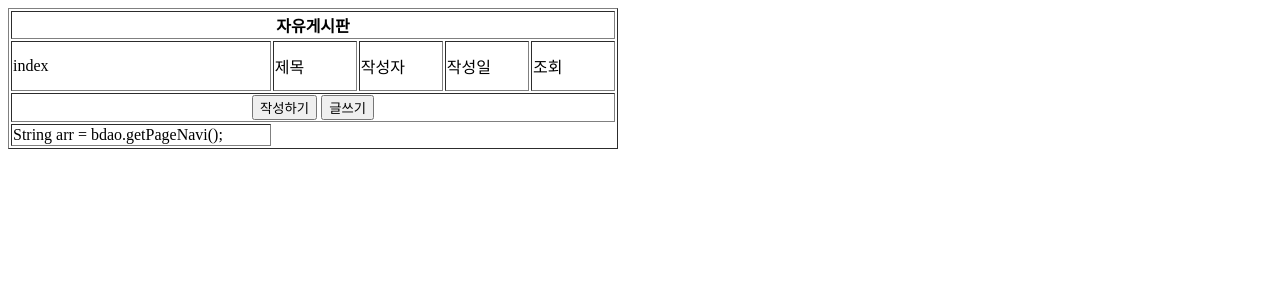
Repository: y2kim/workspace3
Page: http://localhost/WEB_MVC1_JSP_05_25/BorderList.jsp
These files come from the project's save history. The page is drawn as it stood at one moment and after the next save; the edit follows.
The browser window is 1280 px wide. The pictures show the whole page.
The page is served by Tomcat 9. Other server files are loaded and not shown. Queries for data that is not in the repository find no rows.

Above is the page before, as saved 2018-06-01 02:24:29.

### WEB_MVC1_JSP_05_25/WebContent/BorderList.jsp
<%@page import="javax.servlet.jsp.tagext.TryCatchFinally"%>
<%@page import="java.util.ArrayList"%>
<%@page import="java.util.List"%>
<%@page import="bean.BorderInfos"%>
<%@page import="bean.BoradDAO"%>
<%@ page language="java" contentType="text/html; charset=UTF-8"
    pageEncoding="UTF-8"%>
<!DOCTYPE html>
<html>
<head>
<meta http-equiv="Content-Type" content="text/html; charset=UTF-8">
  <style>

  </style>
<title>Insert title here</title>

</head>
<body>
         <%
         	   int currentpage = 0;
         	   try{
               currentpage =Integer.parseInt(request.getParameter("currentPage"));
         	   }catch(Exception e){
         		  currentpage=0;
         	   }

               if(currentpage == 0){
            	   currentpage =1;
               }else{
            	   currentpage =Integer.parseInt(request.getParameter("currentPage"));
               }
                BoradDAO bdao = new BoradDAO();



         %>
<table border="1">
        <tr >
            <th colspan="5" width=600>자유게시판</th>
        </tr>
        <tr height=50>
            <td width=25>index</td>
            <td width=40>제목</td>
            <td width=40>작성자</td>
            <td width=40>작성일</td>
            <td width=40>조회</td>
        </tr>
        	<%
        	    List<BorderInfos> list = bdao.listBorder();
        	    for(int i=0;i<list.size();i++){
        	%>
		<tr>
			<td><%=list.get(i).getSeq()%></td>
			<td><%=list.get(i).getTitle()%></td>
			<td><%=list.get(i).getWriter()%></td>
			<td><%=list.get(i).getWritedate()%></td>
			<td><%=list.get(i).getViewcount()%></td>
		</tr>
        		<%} %>
        <tr>
            <td colspan="5" align="center">
            <input type="Button" value="작성하기">
            <input type="Button" value="글쓰기" id="addtext">
            </td>
        </tr>

        <tr><td>String arr = bdao.getPageNavi(); </td></tr>
    </table>

    <script>
      document.getElementById("addtext").onclick = function(){
        location.href="borde/addbordetitle.html";
       }

    </script>
</body>
</html>

### WEB_MVC1_JSP_05_25/src/bean/BoradDAO.java
package bean;

import java.sql.Connection;
import java.sql.DriverManager;
import java.sql.PreparedStatement;
import java.sql.ResultSet;
import java.util.ArrayList;
import java.util.List;

public class BoradDAO {

	public Connection dbConnect() throws Exception {
		Class.forName("oracle.jdbc.driver.OracleDriver");
		String DB_URL = "jdbc:oracle:thin:@127.0.0.1:1521:XE";
		String DB_USER = "kh";
		String DB_PASSWORD = "kh";

		return  DriverManager.getConnection(DB_URL, DB_USER, DB_PASSWORD);
	}

	public int insertBorder(BorderInfos bifs) throws Exception {
		Connection cons = dbConnect();
		String sql = "insert into board values(bodka.nextval,?,?,?,sysdate,?,?)";
		PreparedStatement pst = cons.prepareStatement(sql);
		pst.setString(1,bifs.getTitle());
		pst.setString(2,bifs.getContents());
		pst.setString(3,bifs.getWriter());
		pst.setInt(4,bifs.getViewcount());
		pst.setString(5,bifs.getIp());
		int result = pst.executeUpdate();
		cons.commit();
		pst.close();
		cons.close();
		return result;
	}

	public List<BorderInfos> listBorder() throws Exception{
		List<BorderInfos> list = new ArrayList<>();
		Connection cons = dbConnect();
		String sql = "select * from board ORDER BY seq desc";
		PreparedStatement pst = cons.prepareStatement(sql);
		ResultSet rs = pst.executeQuery();
		while(rs.next()) {
			BorderInfos bifs = new BorderInfos();
			bifs.setSeq(rs.getInt(1));
			bifs.setTitle(rs.getString(2));
			bifs.setContents(rs.getString(3));
			bifs.setWriter(rs.getString(4));
			bifs.setWritedate(rs.getDate(5));
			bifs.setViewcount(rs.getInt(6));
			bifs.setIp(rs.getString(7));

			list.add(bifs);
		}
		rs.close();
		pst.close();
		cons.close();
		return list;
	}

	public List<BorderInfos> listBordercut(int large, int small) throws Exception{
		List<BorderInfos> list = new ArrayList<>();
		Connection cons = dbConnect();
		String sql = "select * from (select b.*, rownum as rnum from ( select * from board b order by seq desc)b where rownum <=?)where  rnum >?";
		PreparedStatement pst = cons.prepareStatement(sql);
		pst.setInt(1,large);
		pst.setInt(2,small);
		ResultSet rs = pst.executeQuery();
		while(rs.next()) {
			BorderInfos bifs = new BorderInfos();
			bifs.setSeq(rs.getInt(1));
			bifs.setTitle(rs.getString(2));
			bifs.setContents(rs.getString(3));
			bifs.setWriter(rs.getString(4));
			bifs.setWritedate(rs.getDate(5));
			bifs.setViewcount(rs.getInt(6));
			bifs.setIp(rs.getString(7));

			list.add(bifs);
		}
		rs.close();
		pst.close();
		cons.close();
		return list;
	}

	public List<BorderInfos> showGetPage(int seq) throws Exception{
		List<BorderInfos> list = new ArrayList<>();
		Connection cons = dbConnect();
		String sql = "select * from board where seq = ?";
		PreparedStatement pst = cons.prepareStatement(sql);
		pst.setInt(1,seq);
		ResultSet rs = pst.executeQuery();
		while (rs.next()) {
			BorderInfos bifs = new BorderInfos();
			bifs.setSeq(rs.getInt(1));
			bifs.setTitle(rs.getString(2));
			bifs.setContents(rs.getString(3));
			bifs.setWriter(rs.getString(4));
			bifs.setWritedate(rs.getDate(5));
			bifs.setViewcount(rs.getInt(6));
			bifs.setIp(rs.getString(7));
			list.add(bifs);
		}
		rs.close();
		pst.close();
		cons.close();
		return list;
	}

	public int updateVisite(int seq) throws Exception {
		Connection cons = dbConnect();
		String sql = "update board set viewcount = viewcount+1  where seq = ?";
		PreparedStatement pst = cons.prepareStatement(sql);
		pst.setInt(1, seq);
		int result = pst.executeUpdate();
		cons.commit();
		pst.close();
		cons.close();
		return result;
	}

	public int deleteList(int seq) throws Exception{
		Connection cons = dbConnect();
		String sql = "delete from board where seq = ?";
		PreparedStatement pst = cons.prepareStatement(sql);
		System.out.println("abc");
		pst.setInt(1, seq);
		int result = pst.executeUpdate();
		System.out.println("123");
		cons.commit();
		pst.close();
		cons.close();
		return result;
	}

	public int updateBorde(BorderInfos bifs, int seq) throws Exception {
		Connection cons = dbConnect();
		String sql = "update board set title = ?, contents = ? , writedate = sysdate, ip = ?  where seq = ?";
		//update members set ISBLOCKED='y' where id = 'abcd';
		PreparedStatement pst = cons.prepareStatement(sql);
		pst.setString(1, bifs.getTitle());
		pst.setString(2, bifs.getContents());
		pst.setString(3, bifs.getIp());
		pst.setInt(4, seq);
		int result = pst.executeUpdate();
		cons.commit();
		pst.close();
		cons.close();
		return result;
	}

	public String ischk(int seq) throws Exception {
		Connection cons = dbConnect();
		String sql = "select writer from board where seq = ?";
		PreparedStatement pst = cons.prepareStatement(sql);
		pst.setInt(1,seq);
		ResultSet rs = pst.executeQuery();
		if(rs.next()) {
			rs.close();
			pst.close();
			cons.close();
			return rs.getString(1);
		}else {
			rs.close();
			pst.close();
			cons.close();
			return null;
		}

	}


	public int allBoard() throws Exception{
		Connection cons = dbConnect();
		String sql = "select count(*) from board";
		PreparedStatement pst = cons.prepareStatement(sql);
		ResultSet rs = pst.executeQuery();
		if(rs.next()) {
			int result = rs.getInt(1);
			rs.close();
			pst.close();
			cons.close();
			return result;
		}else {
			rs.close();
			pst.close();
			cons.close();
			return 0;
		}
	}

	public String getPageNavi() throws Exception {
		Connection cons = dbConnect();
		String sql = "select count(*) totalCount from board";
		PreparedStatement pst = cons.prepareStatement(sql);
		ResultSet rs = pst.executeQuery();
		rs.next();
		rs.getInt("totalCount");

		int recordTotalCount =  rs.getInt("totalCount"); //전체 글의 개수를 저장하는 변수
		int recordCountPerPage = 3; // 한 페이지에 게시글이 몇개 보일건지
		int naviCountPerPage = 3; //  한 페이지에서 내비게이터가 몇개씩 보일건지
		int pageTotalCount =0; // 전체가 몇페이지로 구성 될것인지

		if(recordTotalCount%recordCountPerPage >0) { //0 10d으로 나누어 떨어지지 않음
			pageTotalCount = recordTotalCount / recordCountPerPage +1 ;
		}else {
			pageTotalCount = recordTotalCount / recordCountPerPage;
		}
		//--------------------------------------
		int currentpage = 1 ; // 임의의 페이지
		if(currentpage < 1) {
			currentpage = 1;
		}else if(currentpage > pageTotalCount) {
			currentpage = pageTotalCount;
		}/// 현재 페이지가 비정상인지 검증하는 코드

		int startNavi = (currentpage-1) / naviCountPerPage * naviCountPerPage +1; /// 네비게이터가 시작하는 값    1- 10  11-20 21-30
		int endNavi = startNavi + naviCountPerPage -1 ; // 네비게이터 끝값

		if(endNavi > pageTotalCount) { // 검증코드
			endNavi = pageTotalCount;
		}
		System.out.println("현재페이지 :" + currentpage);
		System.out.println("네비게이터 시작 :" + startNavi);
		System.out.println("네비게이터 끝 : " + endNavi);
		System.out.println(" 페이지 토탈카운트" + pageTotalCount);
		boolean needPrev = true;
		boolean needNext = true;

		if(startNavi == 1) {
			needPrev = false;
		}
		if(endNavi == pageTotalCount ) {
			needNext = false;
		}
		StringBuilder sb = new StringBuilder(); /// ""   스트링풀  절약
		if(needPrev) {
			sb.append("< ");
		}
		for(int i = startNavi;i<=endNavi;i++) {
			sb.append(i + " ");
		}
		if(needNext) {
			sb.append(">");
		}
		System.out.println(sb.toString());
		return sb.toString();
	}

	public void makeDummyDate() throws Exception { /// 좀있다 가져올것
		Connection cons = dbConnect();
		String sql = "insert into board values ()";
		PreparedStatement pst = cons.prepareStatement(sql);
		ResultSet rs = pst.executeQuery();

	}


	public static void main(String[] args) throws Exception {
		new BoradDAO().getPageNavi();
	}



}

After the next save:
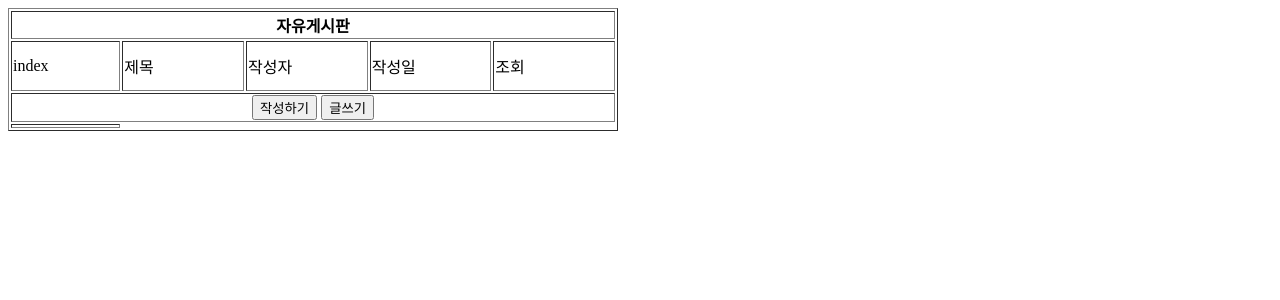
Saved 37 s later.
--- a/WEB_MVC1_JSP_05_25/WebContent/BorderList.jsp
+++ b/WEB_MVC1_JSP_05_25/WebContent/BorderList.jsp
@@ -64,7 +64,7 @@
             </td>
         </tr>
 
-        <tr><td>String arr = bdao.getPageNavi(); </td></tr>
+        <tr><td> </td></tr>
     </table>
 
     <script>
